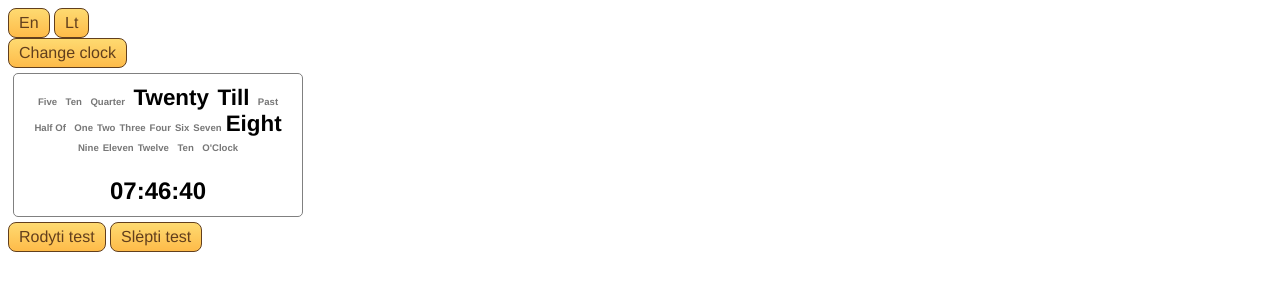
Repository: Skaidrius/WordClock
Page: index.html
The author's editor kept a record of every edit. The page is drawn from the files as they stood at one moment, then again after the next edit.
The browser window is 1280 px wide. The pictures show the whole page.
Some web libraries are served in a nearby version.

Above is the page before.

### index.html
<!DOCTYPE html>
<html>

<head>
    <meta charset="UTF-8">
    <title>Laikrodukas</title>
    <link type="text/css" rel="stylesheet" href="style.css"></link>
</head>

<body ng-app="clockApp">
    <button ng-click="en=true">En</button>
    <button ng-click="en=false">Lt</button>
    <div ng-show="lt" ng-controller="DataController" ng-init="init();">
        <button ng-click="changeClass()">Keisti laikrodį</button><br>

        <show-big-clock></show-big-clock>
    </div>

    <div ng-controller="DataControllerEn" ng-init="init();">
        <button ng-click="changeClass()">Change clock</button><br>

        <show-big-clock-en></show-big-clock-en>
    </div>

    <div ng-controller="TestController" ng-init="currHours = '1'; currMins = '0';">
        <button ng-click="show=true">Rodyti test</button>
        <button ng-click="show=false">Slėpti test</button>
        <div ng-show="show" id="clck-bgr">
        <ul>
            <li ng-class="currMins >= 5 && currMins < 25 || currMins >= 35 && currMins < 40 ? 'active' : 'passive'">{{after}}</li>
            <li ng-class="currMins >= 25 && currMins < 30 || currMins >= 40 ? 'active' : 'passive'">{{till}}</li>
            <li ng-class="currMins >= 35 && currMins < 40 ? 'active' : 'passive'">{{afterhalf}}</li>
            <li ng-class="currMins >= 25 && currMins < 30 || currMins >=  55 ? 'active' : 'passive'">{{fivetill}}</li>
            <li ng-class="currMins >= 50 && currMins < 55 ? 'active' : 'passive'">{{ten}}</li>
            <li ng-class="currMins >= 45 && currMins < 50 ? 'active' : 'passive'">{{quarter}}</li>
            <li ng-class="currMins >= 40 && currMins < 45 ? 'active' : 'passive'">{{twenty}}</li>
            <li ng-class="currMins >= 25 && currMins < 35 ? 'active' : 'passive'">{{half}}</li>

            <li ng-show="item.value!= 13" ng-repeat="item in hoursPastHalf" ng-class="currMins >= 40 && item.value-1 == currHours || currMins < 5 && item.value == currHours ? 'active' : 'passive'">{{item.name }}</li>

            <li ng-show="item.value!= 13" ng-repeat="item in hoursPastZero" ng-class="currMins >= 5 && currMins < 25 && item.value == currHours || currMins >= 25 && currMins < 40 && item.value-1 == currHours ? 'active' : 'passive'">{{item.name }}</li>

            <li ng-class="currMins > 9 && currMins < 15 || currHours == tenHours.value && currMins >= 0 && currMins < 25 || currMins >= 25 && currMins < 60 && tenHours.value-1 == currHours ? 'active' : 'passive'">{{tenHours.name}}</li>

            <li ng-class="currMins < 10 && five.value == currHours ||
                    currMins > 35 && five.value-1 == currHours ||
                    currMins >=5 && currMins < 10 ||
                    currMins >= 35 && currMins < 40 ? 'active' : 'passive'">{{five.name}}</li>

            <li ng-class="currMins >= 15 && currMins < 20? 'active' : 'passive'">{{fifteen}}</li>
            <li ng-class="currMins >= 20 && currMins < 25 ? 'active' : 'passive'">{{twenty}}</li>
            <li ng-class="currMins < 5 && currHours == 1 < 5 ? 'active' : 'passive'">{{hour}}</li>
            <li ng-class="currMins < 5 && currHours > 1 && currHours <= 9 ? 'active' : 'passive'">{{hours}}</li>
            <li ng-class="currMins < 5 && currHours > 9 ? 'active' : 'passive'">{{morehour}}</li>
        </ul>

        <div class="digital">
            <span>{{currHours}}: {{currMins}}</span><br>
         </div>
         <div>
            <input type="number" ng-model="currHours"/></label>
            <input type="number" ng-model="currMins"/></label>
         </div>

    </div>


<script src="https://ajax.googleapis.com/ajax/libs/angularjs/1.3.12/angular.min.js"></script>
<script type="text/javascript" src="app.js"></script>
</body>

</html>

### style.css
body {
    font-family: 'Helvetica Neue',sans-serif;
}

.clck-bgr {
    text-align: center;
    max-width: 300px;
}

ul {
    max-width: 512px;
    height: auto;
    border: 1px solid grey;
    border-radius: 5px;
    padding: 0.7em;
    margin: 5px;
}
ul li    {
    list-style: none;
    display: inline-block;
    padding: 0 2px;
    font-weight: bold;
}

button {
	background: #FEDA71;
	background: -moz-linear-gradient(top,#FEDA71 0%,#FEBB49 100%);
	background: -webkit-gradient(linear,left top,left bottom,color-stop(0%,#FEDA71),color-stop(100%,#FEBB49));
	background: -webkit-linear-gradient(top,#FEDA71 0%,#FEBB49 100%);
	background: -o-linear-gradient(top,#FEDA71 0%,#FEBB49 100%);
	background: -ms-linear-gradient(top,#FEDA71 0%,#FEBB49 100%);
	background: linear-gradient(top,#FEDA71 0%,#FEBB49 100%);
	filter: progid: DXImageTransform.Microsoft.gradient( startColorstr='#FEDA71',endColorstr='#FEBB49',GradientType=0);
	padding:5px 10px;
	color:#623F1D;
	font-family:'Helvetica Neue',sans-serif;
	font-size:16px;
	border-radius:8px;
	-moz-border-radius:8px;
	-webkit-border-radius:8px;
	border:1px solid #623F1D
}

.active   { color: #000; font-size: 1.4em}
.passive  { color: #777; font-size: 0.6em}

.visible   { visibility: visible; font-size: 2em}
.hidden  { display: none; font-size: 0.6em}

.digital {
    font-size: 24px;
    border: none;
    margin-bottom: 0;
    padding-bottom: 0;
}

.digital::before {
    clear: both;
}

### app.js
var app = angular.module('clockApp', []);
app.controller('DataController', function($scope, $interval, $filter) {

    $scope.init = $interval(function(){
        $scope.input = new Date();
        $scope.currHours = $filter('date')($scope.input, 'HH');
        $scope.currMins = $filter('date')($scope.input, 'mm');
        $scope.currSecs = $filter('date')($scope.input, 'ss');
        $scope.currAP = $filter('date')($scope.input, '');

        $scope.hoursPastHalf= [ {value:   1,     name: "Pirma" },
                        {value:   2,     name: "Dvi"        },
                        {value:   3,     name: "Trys"       },
                        {value:   4,     name: "Keturios"   },
                        {value:   6,     name: "Šešios"     },
                        {value:   7,     name: "Septynios"  },
                        {value:   8,     name: "Aštuonios"  },
                        {value:   9,     name: "Devynios"   },
                        {value:  11,     name: "Vienuolika" },
                        {value:  12,     name: "Dvylika"    },
                        {value:  13,     name: "Pirma"      } ];

        $scope.tenHours = {value:  10,     name: "Dešimt"   };
        $scope.five =   {value:  5,     name:  "Penkios"    };

        $scope.hoursPastZero = [ {value:  1,     name: "Pirmos"     },
                        {value:  2,     name: "Dviejų"      },
                        {value:  3,     name: "Trijų"       },
                        {value:  4,     name: "Keturių"     },
                        {value:  5,     name: "Penkių"      },
                        {value:  6,     name: "Šešių"       },
                        {value:  7,     name: "Septynių"    },
                        {value:  8,     name: "Aštuonių"    },
                        {value:  9,     name: "Devynių"     },
                        {value:  11,    name: "Vienuolikos" },
                        {value:  12,    name: "Dvylikos"    },
                        {value:  13,    name: "Pirmos"      }  ];

        $scope.till = "Be";
        $scope.after = "Po";

        $scope.fivetill = "Penkių";
        $scope.ten = "Dešimt";
        $scope.quarter = "Penkiolikos";
        $scope.fifteen = "Penkiolika";
        $scope.twenty = "Dvidešimt";
        $scope.half = "Pusė";
        $scope.afterhalf = "Pusės";

        $scope.hour = "Valanda";
        $scope.hours = "Valandos";
        $scope.morehour = "Valandų";

    },100 );

    $scope.showClassName = 'active';
    $scope.hiddenClassName = 'passive';

    $scope.changeClass = function(){
        if ($scope.showClassName != "active"){
            $scope.showClassName = "active";
            $scope.hiddenClassName = "passive";
          } else {
            $scope.showClassName = "visible";
            $scope.hiddenClassName = "hidden";
          }
    };

});

app.controller('DataControllerEn', function($scope, $interval, $filter) {

    $scope.init = $interval(function(){
        $scope.input = new Date();
        $scope.currHours = $filter('date')($scope.input, 'hh');
        $scope.currMins = $filter('date')($scope.input, 'mm');
        $scope.currSecs = $filter('date')($scope.input, 'ss');

        $scope.hoursArray= [ {value:   1,     name: "One" },
                        {value:   2,     name: "Two"        },
                        {value:   3,     name: "Three"       },
                        {value:   4,     name: "Four"   },
                        {value:   6,     name: "Six"     },
                        {value:   7,     name: "Seven"  },
                        {value:   8,     name: "Eight"  },
                        {value:   9,     name: "Nine"   },
                        {value:  11,     name: "Eleven" },
                        {value:  12,     name: "Twelve"    },
                        {value:  13,     name: ""      } ];

        $scope.tenHours = {value:  10,     name: "Ten"   };
        $scope.five =   {value:  5,     name:  "Five"    };

        $scope.hoursPastZero = [ {value:  1,     name: "One"     },
                        {value:  2,     name: "Two"      },
                        {value:  3,     name: "Three"       },
                        {value:  4,     name: "Four"     },
                        {value:  5,     name: "Five"      },
                        {value:  6,     name: "Six"       },
                        {value:  7,     name: "Seven"    },
                        {value:  8,     name: "Eight"    },
                        {value:  9,     name: "Nine"     },
                        {value:  11,    name: "Eleven" },
                        {value:  12,    name: "Twelve"    },
                        {value:  13,    name: ""      }  ];

        $scope.till = "Till";
        $scope.after = "Past";

        $scope.ten = "Ten";
        $scope.quarter = "Quarter";
        $scope.fifteen = "Quarter";
        $scope.twenty = "Twenty";
        $scope.half = "Half Of";
        $scope.afterhalf = "Half Of";

        $scope.hour = "O'Clock";

    },100 );

    $scope.showClassName = 'active';
    $scope.hiddenClassName = 'passive';

    $scope.changeClass = function(){
        if ($scope.showClassName != "active"){
            $scope.showClassName = "active";
            $scope.hiddenClassName = "passive";
          } else {
            $scope.showClassName = "visible";
            $scope.hiddenClassName = "hidden";
          }
    };

});

// tests
app.controller('TestController', function($scope, $interval) {  //clone for testing

    $scope.init = $interval(function(){

        $scope.hoursPastHalf= [ {value:   1,     name: "Pirma" },
                        {value:   2,     name: "Dvi"        },
                        {value:   3,     name: "Trys"       },
                        {value:   4,     name: "Keturios"   },
                        {value:   6,     name: "Šešios"     },
                        {value:   7,     name: "Septynios"  },
                        {value:   8,     name: "Aštuonios"  },
                        {value:   9,     name: "Devynios"   },
                        {value:  11,     name: "Vienuolika" },
                        {value:  12,     name: "Dvylika"    },
                        {value:  13,     name: "Pirma"      } ];

        $scope.tenHours = {value:  10,  name: "Dešimt"      };
        $scope.five =   {value:  5,     name:  "Penkios"    };

        $scope.hoursPastZero = [ {value:  1,     name: "Pirmos"     },
                        {value:  2,     name: "Dviejų"      },
                        {value:  3,     name: "Trijų"       },
                        {value:  4,     name: "Keturių"     },
                        {value:  5,     name: "Penkių"      },
                        {value:  6,     name: "Šešių"       },
                        {value:  7,     name: "Septynių"    },
                        {value:  8,     name: "Aštuonių"    },
                        {value:  9,     name: "Devynių"     },
                        {value:  11,    name: "Vienuolikos" },
                        {value:  12,    name: "Dvylikos"    },
                        {value:  13,    name: "Pirmos"      }  ];

        $scope.till = "Be";
        $scope.after = "Po";

        $scope.fivetill = "Penkių";
        $scope.ten = "Dešimt";
        $scope.quarter = "Penkiolikos";
        $scope.fifteen = "Penkiolika";
        $scope.twenty = "Dvidešimt";
        $scope.half = "Pusė";
        $scope.afterhalf = "Pusės";

        $scope.hour = "Valanda";
        $scope.hours = "Valandos";
        $scope.morehour = "Valandų";

},100 );

});

app.directive('showBigClock', function(){
    return {
        templateUrl: 'clock.html'
    };
});

app.directive('showBigClockEn', function(){
    return {
        templateUrl: 'clockEn.html'
    };
});

### clock.html
<div class="clck-bgr">
<ul>
    <li ng-class="currMins >= 5 && currMins < 25 ||
                    currMins >= 35 && currMins < 40 ?
                        showClassName : hiddenClassName">{{after}}</li>

    <li ng-class="currMins >= 25 && currMins < 30 ||
                    currMins >= 40 ?
                        showClassName : hiddenClassName">{{till}}</li>

    <li ng-class="currMins >= 35 && currMins < 40 ?
                        showClassName : hiddenClassName ">{{afterhalf}}</li>

    <li ng-class="currMins >= 25 && currMins < 30 ||
                    currMins >=  55 ?
                        showClassName : hiddenClassName">{{fivetill}}</li>

    <li ng-class="currMins >= 50 && currMins < 55 ||
                    currMins >=10 && currMins < 20 ?
                        showClassName : hiddenClassName">{{ten}}</li>

    <li ng-class="currMins >= 45 && currMins < 50 ?
                        showClassName : hiddenClassName">{{quarter}}</li>

    <li ng-class="currMins >= 40 && currMins < 45 ?
                        showClassName : hiddenClassName">{{twenty}}</li>

    <li ng-class="currMins >= 25 && currMins < 35 ?
                        showClassName : hiddenClassName">{{half}}</li>

    <li ng-show="item.value!= 13"
        ng-repeat="item in hoursPastHalf"
        ng-class="currMins >= 40 && item.value-1 == currHours ||
                    currMins >= 40 && item.value-1 == currHours-12 ||
                    currMins < 5 && item.value == currHours ||
                    currMins < 5 && item.value == currHours - 1?
                        showClassName : hiddenClassName">{{item.name }}</li>

    <li ng-show="item.value!= 13"
        ng-repeat="item in hoursPastZero"
        ng-class="currMins >= 5 && currMins < 25 && item.value == currHours ||
                    currMins >= 5 && currMins < 25 && item.value-12 == currHours ||
                    currMins >= 25 && currMins < 40 && item.value-1 == currHours ||
                    currMins >= 25 && currMins < 40 && item.value-13 == currHours ?
                        showClassName : hiddenClassName">{{item.name }}</li>

    <li ng-class="currMins > 9 && currMins < 15 ||
                    currHours == tenHours.value && currMins >= 0 && currMins < 25 ||
                    currMins >= 25 && currMins < 60 && tenHours.value-1 == currHours ?
                        showClassName : hiddenClassName">{{tenHours.name}}</li>

    <li ng-class="currMins < 10 && five.value == currHours ||
                    currMins > 35 && five.value-1 == currHours ||
                    currMins >=5 && currMins < 10 ||
                    currMins >= 35 && currMins < 40 ?
                        showClassName : hiddenClassName">{{five.name}}</li>

    <li ng-class="currMins >= 15 && currMins < 20 ?
                        showClassName : hiddenClassName">{{fifteen}}</li>

    <li ng-class="currMins >= 20 && currMins < 25 ?
                        showClassName : hiddenClassName">{{twenty}}</li>

    <li ng-class="currMins < 5 && currHours == 1 < 5 ?
                        showClassName : hiddenClassName">{{hour}}</li>

    <li ng-class="currMins < 5 && currHours > 1 && currHours <= 9 ?
                        showClassName : hiddenClassName">{{hours}}</li>

    <li ng-class="currMins < 5 && currHours > 9 ?
                        showClassName : hiddenClassName">{{morehour}}</li>

    <ul class="digital">
        <li>{{currHours}}:{{currMins}}:{{currSecs}}</li>
    </ul>
</ul>
</div>

### clockEn.html
<div class="clck-bgr">
<ul>
    <li ng-class="currMins < 10 && five.value == currHours ||
                    currMins > 35 && five.value-1 == currHours ||
                    currMins >=5 && currMins < 10 ||
                    currMins >= 35 && currMins < 40 ||
                    currMins >=25 && currMins < 30 ||
                    currMins >=  55 ? showClassName : hiddenClassName">{{five.name}}</li>

    <li ng-class="currMins >= 50 && currMins < 55 ||
                    currMins >=10 && currMins < 15 ?
                        showClassName : hiddenClassName">{{ten}}</li>

    <li ng-class="currMins >= 15 && currMins < 20 ?
                        showClassName : hiddenClassName">{{fifteen}}</li>

    <li ng-class="currMins >= 40 && currMins < 45 ||
                    currMins >= 20 && currMins < 25 ||
                    currMins >= 45 && currMins < 50 ?
                        showClassName : hiddenClassName">{{twenty}}</li>

    <li ng-class="currMins >= 25 && currMins < 30 ||
                    currMins >= 40 ?
                        showClassName : hiddenClassName">{{till}}</li>

    <li ng-class="currMins >= 5 && currMins < 25 ||
                    currMins >= 35 && currMins < 40 ?
                        showClassName : hiddenClassName">{{after}}</li>

    <li ng-class="currMins >= 25 && currMins < 35 ||
                    currMins >= 35 && currMins < 40 ||
                    currMins >= 35 && currMins < 40 ?
                        showClassName : hiddenClassName">{{half}}</li>

    <li ng-show="item.value!= 13"
        ng-repeat="item in hoursArray"
        ng-class="currMins >= 40 && item.value-1 == currHours ||
                    currMins < 5 && item.value == currHours ||
                    currMins >= 5 && currMins < 25 && item.value == currHours ||
                    currMins >= 25 && currMins < 40 && item.value-1 == currHours ?
                        showClassName : hiddenClassName">{{item.name }}</li>

    <li ng-class="currHours == tenHours.value && currMins >= 0 && currMins < 25 ||
                    currMins >= 25 && currMins < 60 && tenHours.value-1 == currHours ?
                        showClassName : hiddenClassName">{{tenHours.name}}</li>

    <li ng-class="currMins < 5 ?
                        showClassName : hiddenClassName">{{hour}}</li>
    <ul class="digital">
        <li>{{currHours}}:{{currMins}}:{{currSecs}} {{currAP}}</li>
    </ul>

</ul>




</div>

After the next edit:
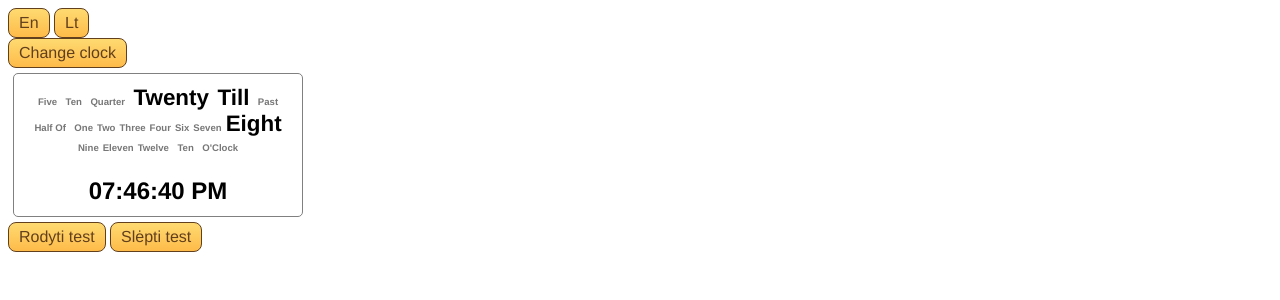
The edit:
--- a/app.js
+++ b/app.js
@@ -75,6 +75,7 @@
         $scope.currHours = $filter('date')($scope.input, 'hh');
         $scope.currMins = $filter('date')($scope.input, 'mm');
         $scope.currSecs = $filter('date')($scope.input, 'ss');
+        $scope.currAP = $filter('date')($scope.input, 'a');
 
         $scope.hoursArray= [ {value:   1,     name: "One" },
                         {value:   2,     name: "Two"        },
